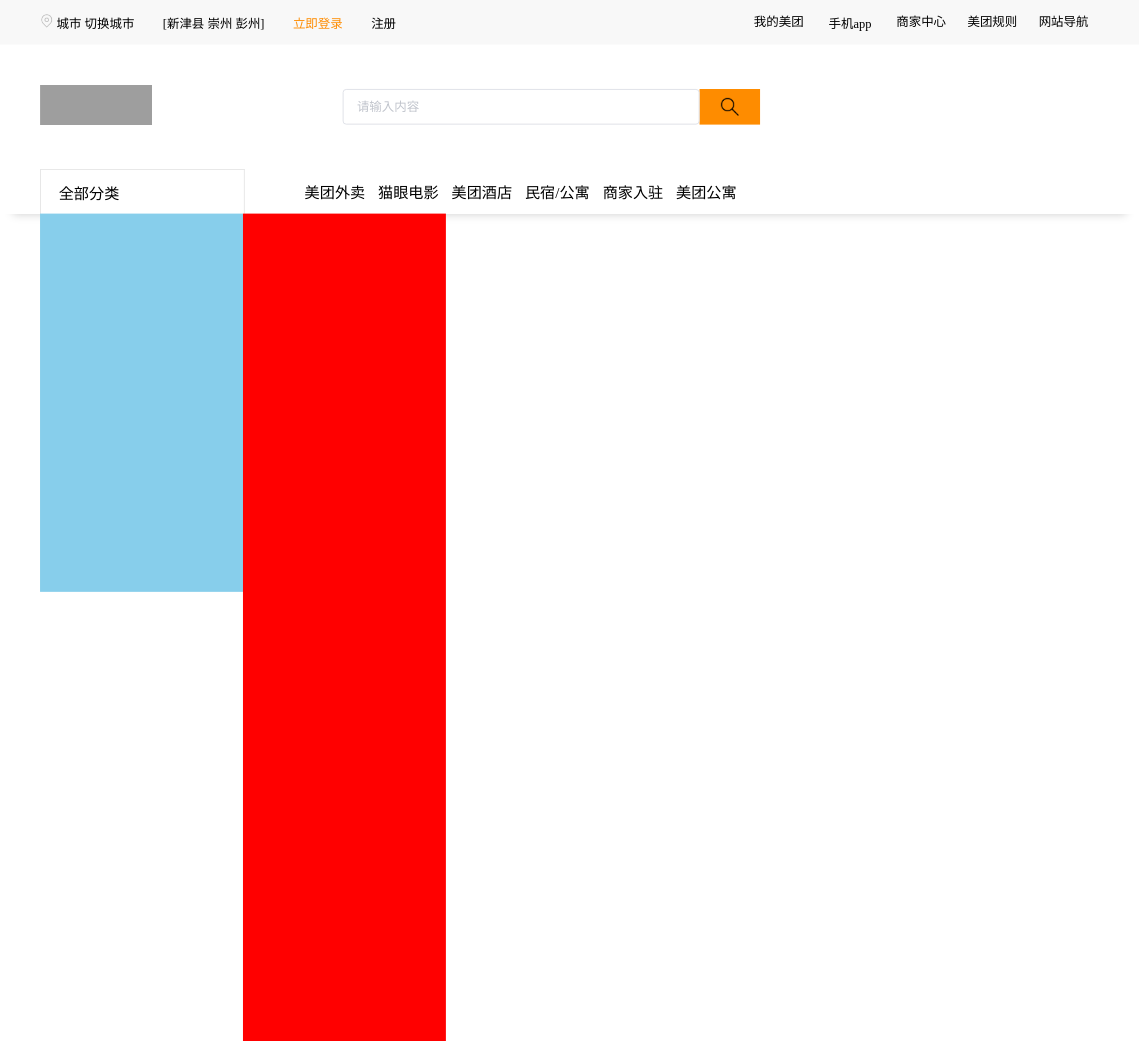
Repository: jinggegeZ/-
Page: /
The author's editor kept a copy of each file at every save. The page is drawn from the files as they stood at one save, then again after the next save.
The browser window is 1280 px wide. The pictures show the whole page, at 89% of full size.
Pictures or frames that could not be fetched are drawn as grey boxes. The page's requests for data from a server got no answer. The project was rebuilt for these pictures with package versions that can differ from the ones it lists, and the page was loaded fresh each time. No one was signed in, and anything a server would have sent is missing. Also part of the build but not shown: vue.config.js.

Above is the page before, as saved 2020-08-20 15:18:53.

After the next save:
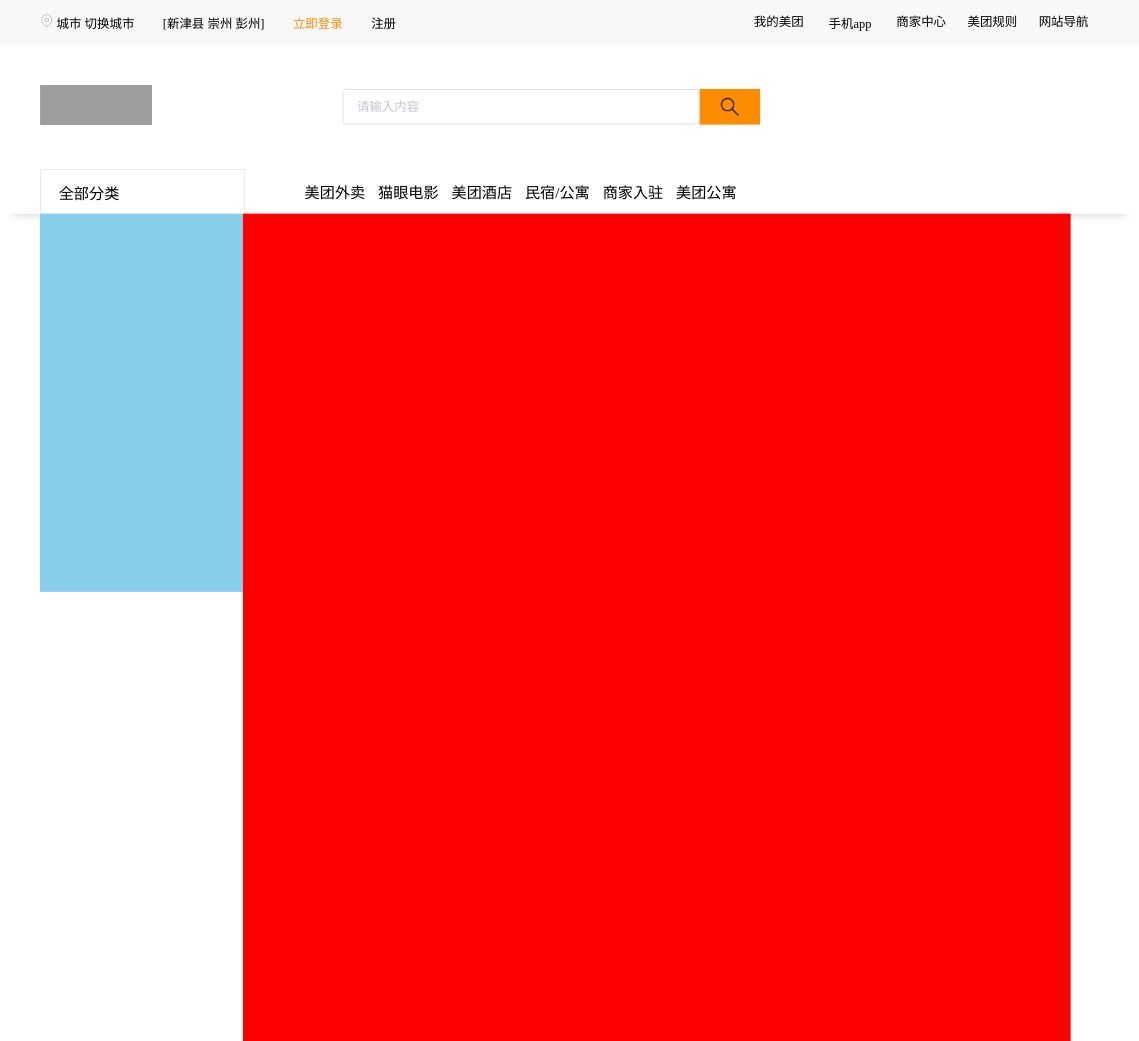
Saved 9 s later.
--- a/src/style/style.css
+++ b/src/style/style.css
@@ -307,7 +307,7 @@
     background: skyblue;
 }
 .navrightbox {
-    width: 228px;
+    width: 930px;
     height: 930px;
     background: red;
 }
